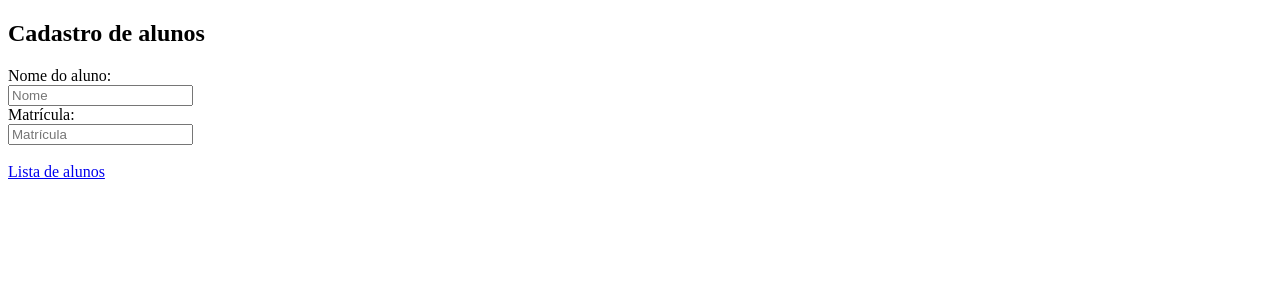
Repository: lorenavasconcellos/Trabalhos-WEB2
Page: CadastroAlunos/src/main/webapp/cadastrar_aluno.html
These files come from the project's save history. The page is drawn as it stood at one moment and after the next save; the edit follows.
The browser window is 1280 px wide. The pictures show the whole page.

Above is the page before, as saved 2022-12-01 11:26:38.

### CadastroAlunos/src/main/webapp/cadastrar_aluno.html
<!DOCTYPE html>
<html>
<head>
<meta charset="UTF-8">
<title>Cadastrar Aluno</title>
</head>

<body>
	<h2>Cadastro de alunos</h2>
	<form action="aluno.do" method="post">
		<label for="nome">Nome do aluno:</label><br>
		<input id="nome" type="text" placeholder="Nome"><br>
		<label for="matricula">Matrícula:</label><br>
		<input id="matricula" type="number" placeholder="Matrícula"><br><br>
	</form>
	<a href="./index.html">Lista de alunos</a>
</body>
</html>

After the next save:
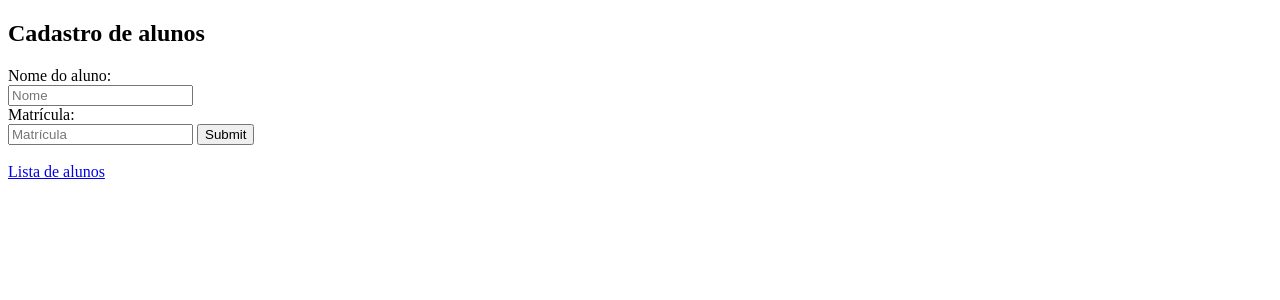
Saved 55 s later.
--- a/CadastroAlunos/src/main/webapp/cadastrar_aluno.html
+++ b/CadastroAlunos/src/main/webapp/cadastrar_aluno.html
@@ -11,7 +11,8 @@
 		<label for="nome">Nome do aluno:</label><br>
 		<input id="nome" type="text" placeholder="Nome"><br>
 		<label for="matricula">Matrícula:</label><br>
-		<input id="matricula" type="number" placeholder="Matrícula"><br><br>
+		<input id="matricula" type="number" placeholder="Matrícula">
+		<input type="submit"><br><br>
 	</form>
 	<a href="./index.html">Lista de alunos</a>
 </body>
